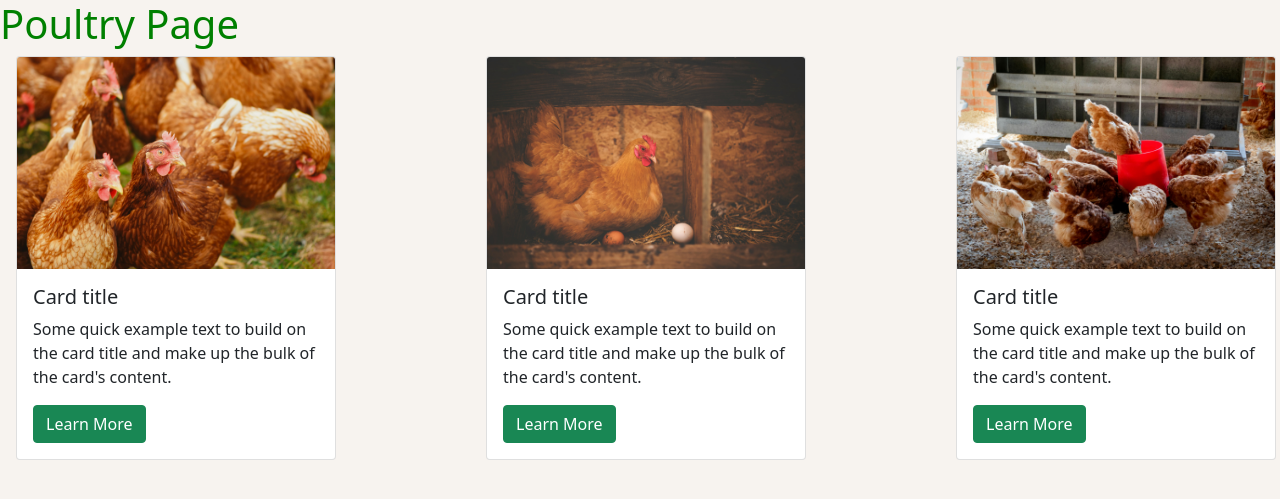
Repository: Allevandrose/Agri-invest
Page: poultry.html
An editor plug-in stored every save of this project. The page is shown before and after the next save, followed by the edit.
The browser window is 1280 px wide. The pictures show the whole page.

Above is the page before, as saved 2024-04-13 15:26:01.

After the next save:
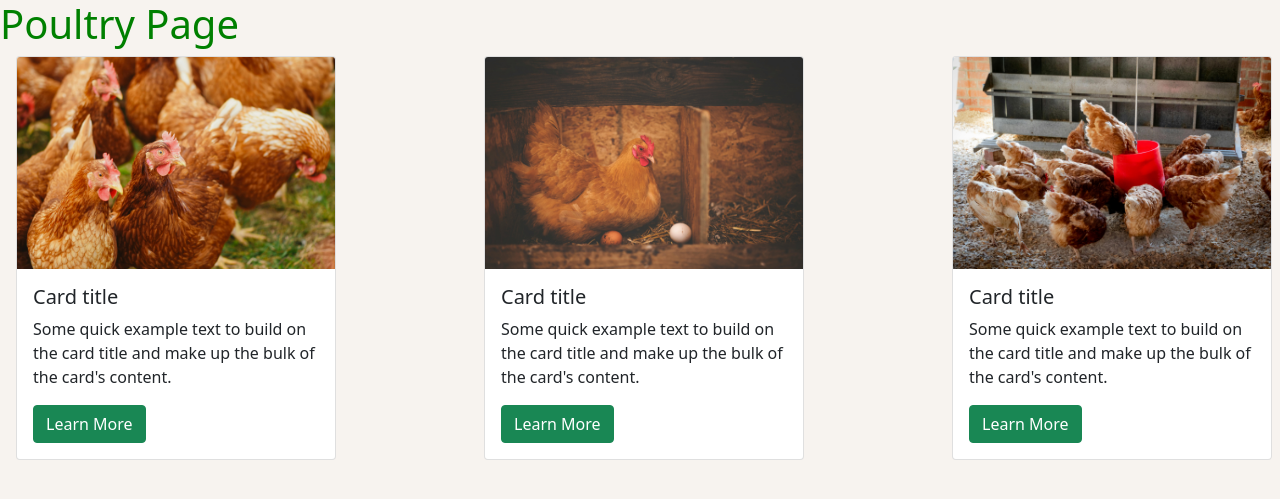
Saved 12 s later.
--- a/poultry.css
+++ b/poultry.css
@@ -11,5 +11,5 @@ body {
     flex-wrap: wrap;
     justify-content: space-between;
     margin-left: 16px;
-    margin-right: 4px;
+    margin-right: 8px;
 }
